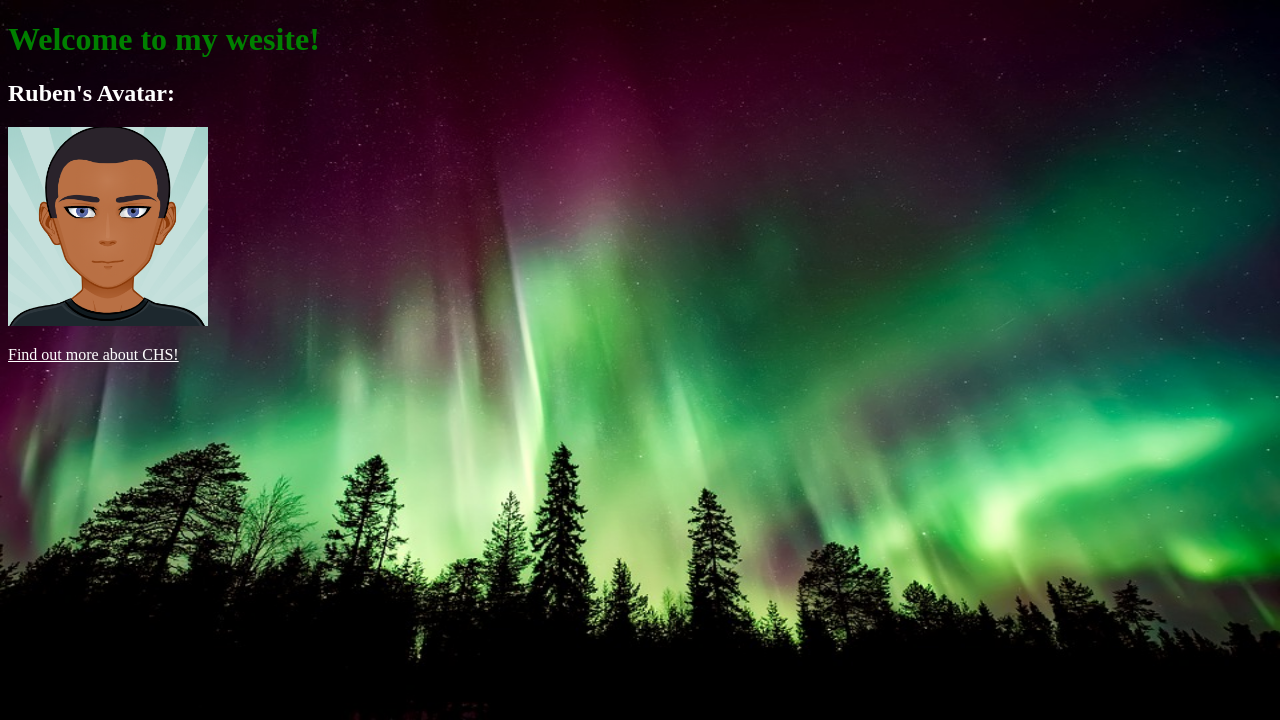
Repository: ruben-sys/ruben-sys.github.io
Page: index.html
The author's editor kept a record of every edit. The page is drawn from the files as they stood at one moment, then again after the next edit.
The browser window is 1280 px wide. The pictures show the whole page.

Above is the page before.

### index.html
<!DOCTYPE html>
<html>
<style>
body {
  background-image: url('northern.jpg');
  background-repeat: no-repeat;
  background-attachment: fixed;
  background-size: 100% 100%;
}
</style>


<h1 style="color:green;">Welcome to my wesite!</h1>

<h2 style="color:white;">Ruben's Avatar:</h2>


<img src="images/me.PNG" alt="me.PNG">
<p></p>
<a href="https://www.sandiegounified.org/schools/clairemont/" target="_blank" <h1 style="color:white;">Find out more about CHS!</</h1>

</body>
</html>

After the next edit:
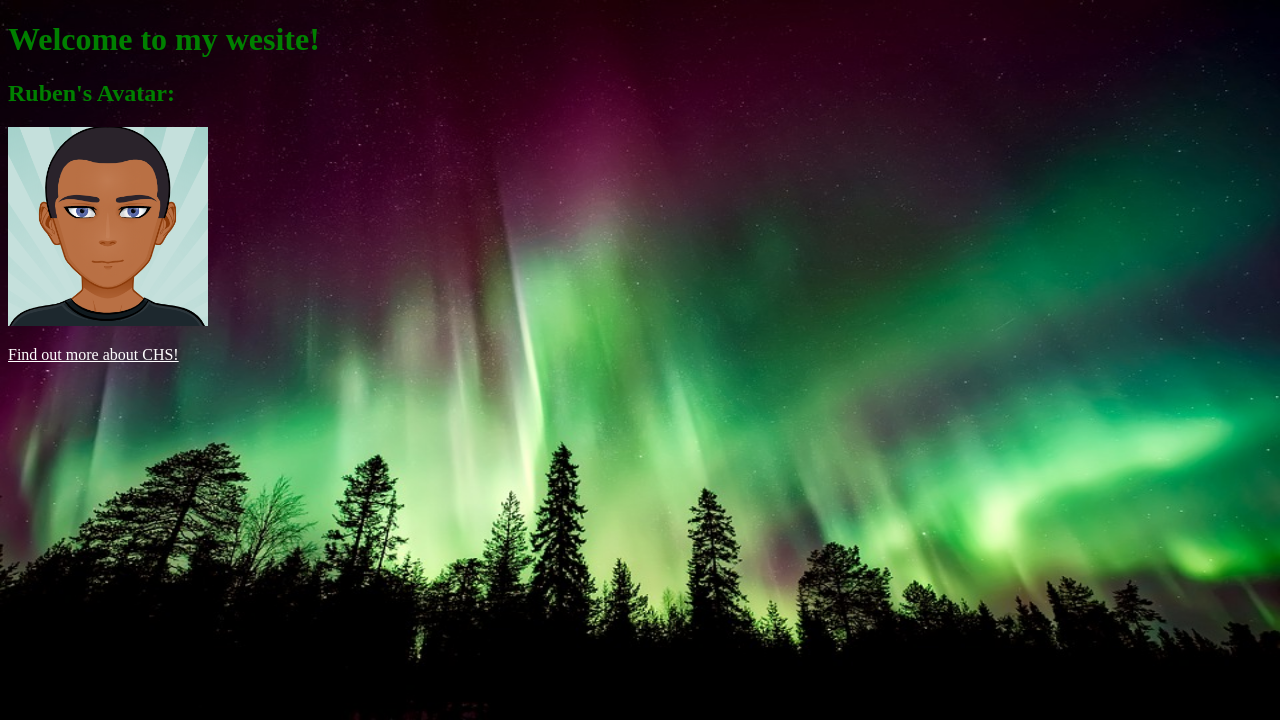
The edit:
--- a/index.html
+++ b/index.html
@@ -12,7 +12,7 @@
 
 <h1 style="color:green;">Welcome to my wesite!</h1>
 
-<h2 style="color:white;">Ruben's Avatar:</h2>
+<h2 style="color:green;">Ruben's Avatar:</h2>
 
 
 <img src="images/me.PNG" alt="me.PNG">
